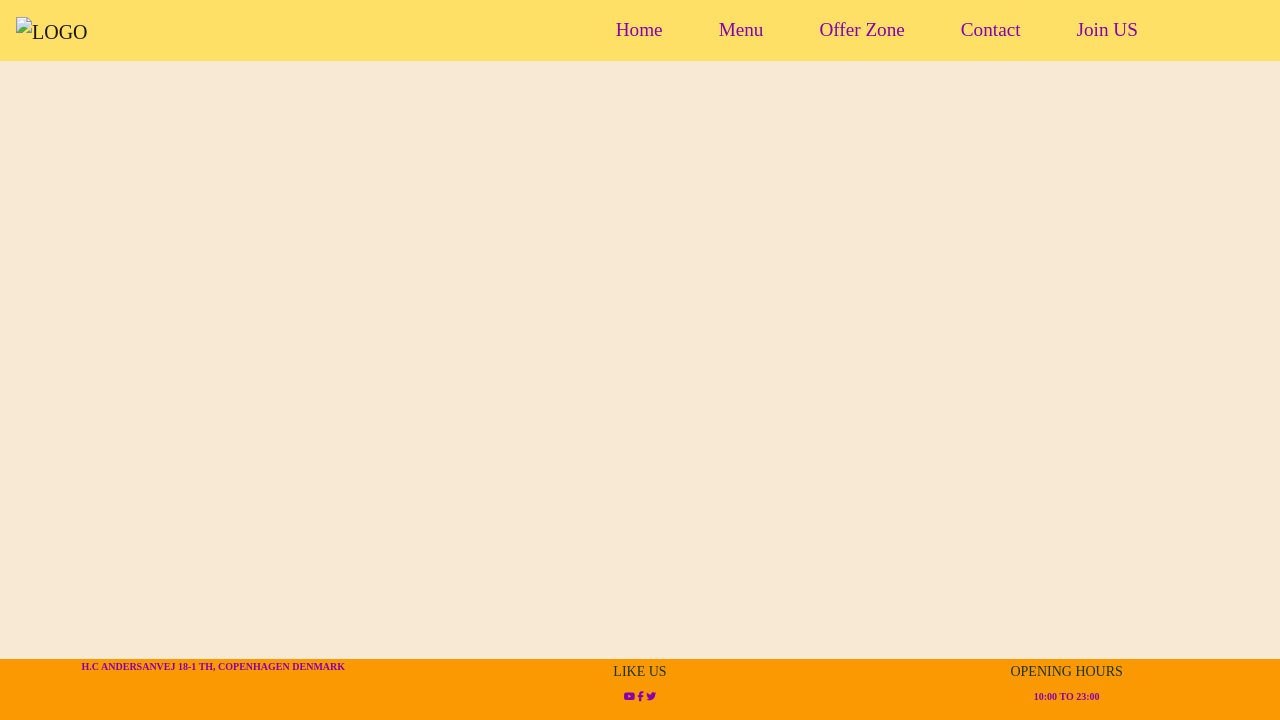
Repository: HMTRIVEDI/project-one
Page: index.html
The author's editor kept a record of every edit. The page is drawn from the files as they stood at one moment, then again after the next edit.
The browser window is 1280 px wide. The pictures show the whole page.
Some web libraries are served in a nearby version.

Above is the page before.

After the next edit:
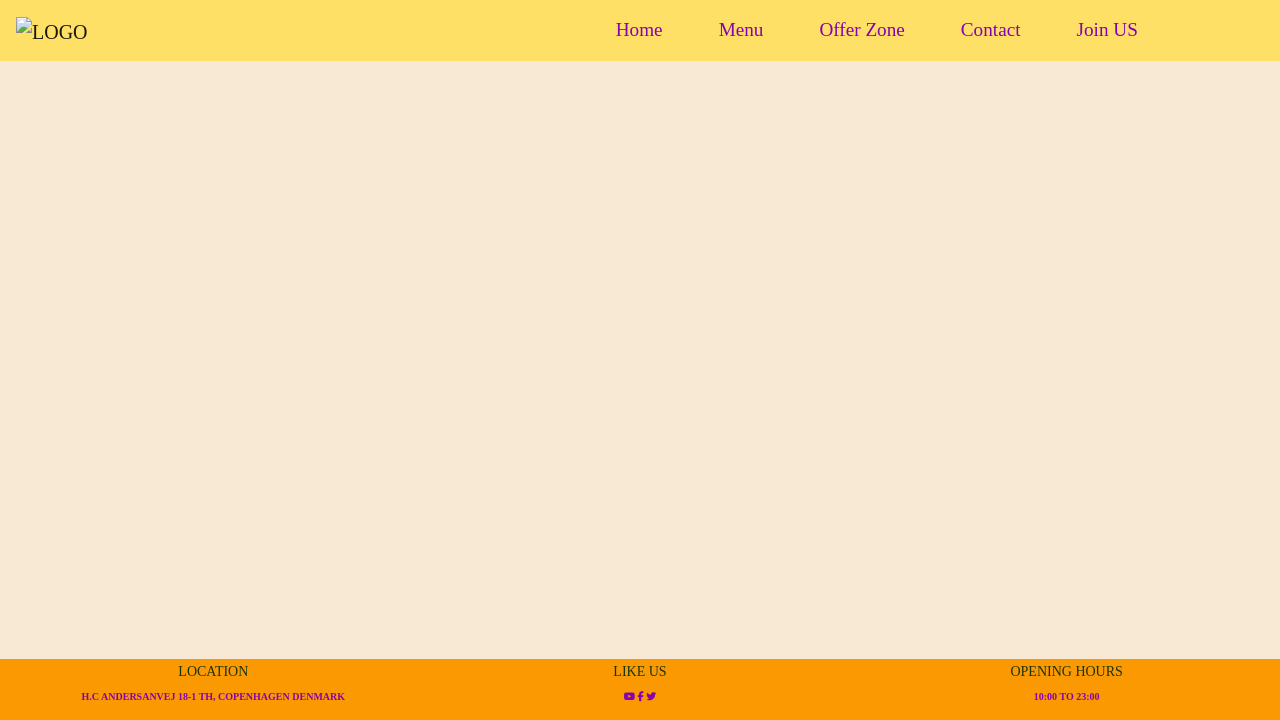
The edit:
--- a/index.html
+++ b/index.html
@@ -48,8 +48,8 @@
   <!--footer-->
 
   <div class="row" id="footer">
-    <div class="col-sm-4" id="A">
-      <title>Address</title>
+    <div class="col-sm-4" id="location">
+      <h6>Location</h6>
       <p>H.C Andersanvej 18-1 th, Copenhagen denmark</p>
     </div>
     <div class="col-sm-4" id="o">
